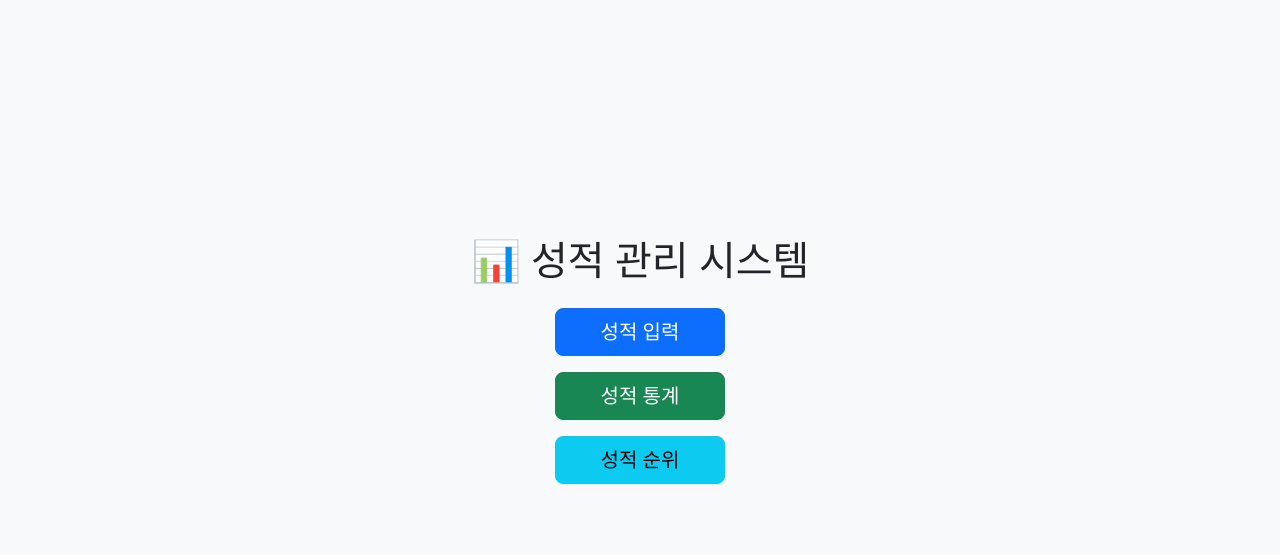
Repository: ddihn/practice-spring
Page: http://localhost/lab0610/
The author's editor kept a copy of each file at every save. The page is drawn from the files as they stood at one save, then again after the next save.
The browser window is 1280 px wide. The pictures show the whole page.
The page is served by Tomcat 9. Other server files are loaded and not shown.

Above is the page before, as saved 2025-06-11 00:34:21.

### lab0610/src/main/webapp/WEB-INF/views/index.jsp
<%@ page language="java" contentType="text/html; charset=UTF-8" pageEncoding="UTF-8"%>
<!DOCTYPE html>
<html>
<head>
  <meta charset="UTF-8">
  <title>성적 관리 시스템</title>
  <link href="https://cdn.jsdelivr.net/npm/bootstrap@5.3.0/dist/css/bootstrap.min.css" rel="stylesheet">
</head>
<body class="d-flex flex-column justify-content-center align-items-center min-vh-100 bg-light">
  <div class="text-center">
    <h1 class="mb-4">📊 성적 관리 시스템</h1>
    <div class="d-grid gap-3 col-6 mx-auto">
      <a href="/lab0610/insert" class="btn btn-primary btn-lg">성적 입력</a>
      <a href="/lab0610/statics" class="btn btn-success btn-lg">성적 통계</a>
      <a href="/lab0610/rank" class="btn btn-info btn-lg">성적 순위</a>
    </div>
  </div>
</body>
</html>

After the next save:
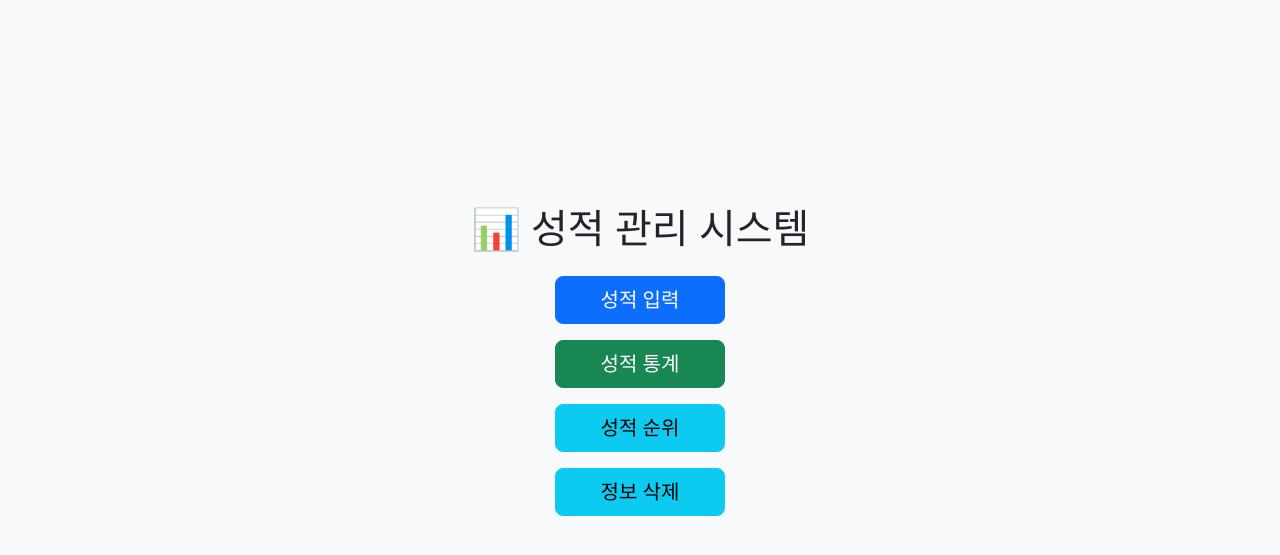
Saved 64 s later.
--- a/lab0610/src/main/webapp/WEB-INF/views/index.jsp
+++ b/lab0610/src/main/webapp/WEB-INF/views/index.jsp
@@ -13,6 +13,7 @@
       <a href="/lab0610/insert" class="btn btn-primary btn-lg">성적 입력</a>
       <a href="/lab0610/statics" class="btn btn-success btn-lg">성적 통계</a>
       <a href="/lab0610/rank" class="btn btn-info btn-lg">성적 순위</a>
+      <a href="/lab0610/showStu" class="btn btn-info btn-lg">정보 삭제</a>
     </div>
   </div>
 </body>
